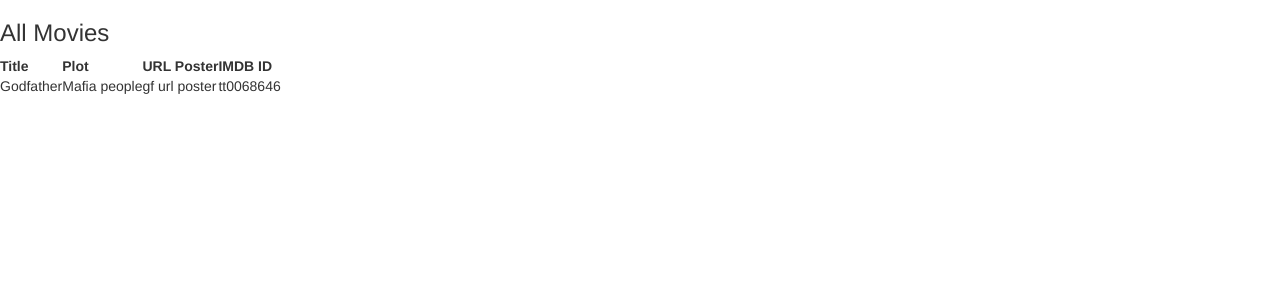
Repository: gitsana/JoseAnnunziato
Page: MyRestfulService/WebContent/movies.html
These files come from the project's save history. The page is drawn as it stood at one moment and after the next save; the edit follows.
The browser window is 1280 px wide. The pictures show the whole page.

Above is the page before, as saved 2015-10-02 01:20:08.

After the next save:
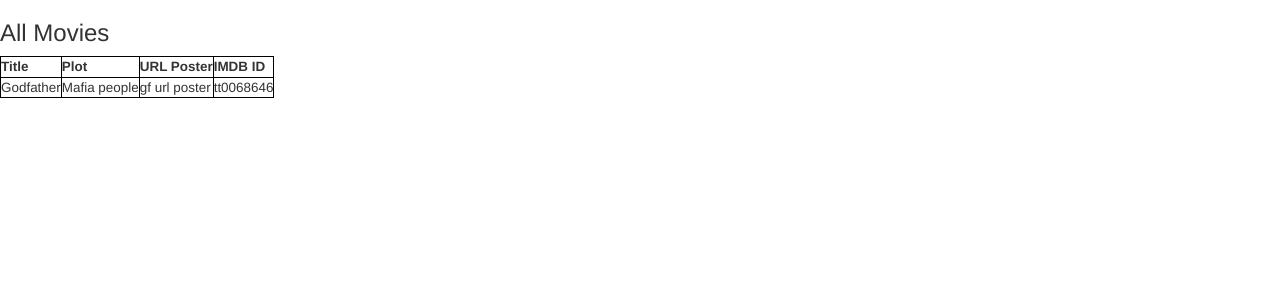
Saved 91 s later.
--- a/MyRestfulService/WebContent/movies.html
+++ b/MyRestfulService/WebContent/movies.html
@@ -5,6 +5,13 @@
 <title>All Movies</title>
 <link rel="stylesheet" href="https://maxcdn.bootstrapcdn.com/bootstrap/3.3.5/css/bootstrap.min.css">
 </head>
+<style>
+table,th,td {
+	border: 1px solid black;
+    border-collapse: collapse;
+	font-size: .98em;
+}
+</style>
 <body>
 <script src="jquery/jquery-1.11.3.js"></script>
 
